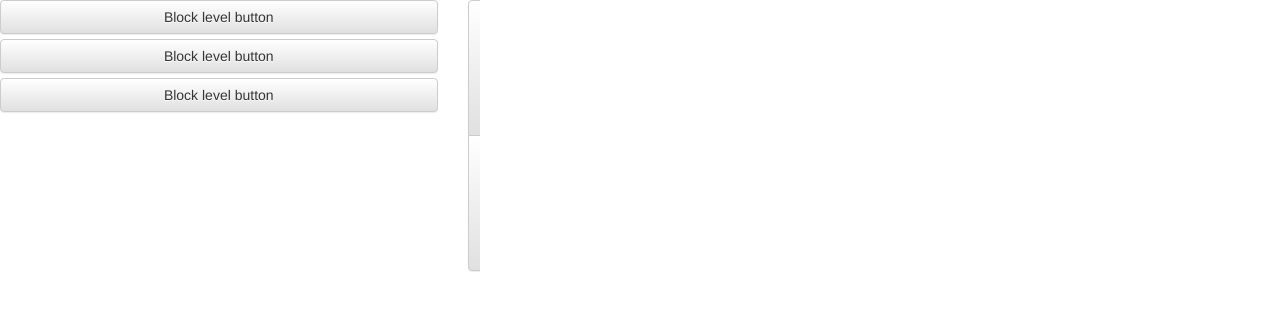
Repository: bmatusiak/bbb-usb-tool-nw
Page: index.html
The author's editor kept a record of every edit. The page is drawn from the files as they stood at one moment, then again after the next edit.
The browser window is 1280 px wide. The pictures show the whole page.

Above is the page before.
Console error: ReferenceError: global is not defined

### index.html
<!DOCTYPE html>
<html>

    <head>
        <title>USB-Tool</title>
        <meta name="viewport"
        content="width=device-width, initial-scale=1.0">

        <link rel="stylesheet" href="bootstrap/css/bootstrap.css" />
        <link rel="stylesheet" href="bootstrap/css/bootstrap-theme.css">
        <script src="js/jquery-1.8.2.min.js"></script>
        <style type="text/css">
            html,body{
                height:272px;
                width:480px;
                overflow:hidden;
            }
        </style>
    </head>

    <body>
        <div class="row">
            <div class="col-xs-11">
                <button type="button" class="btn btn-default  btn-block">Block level button</button>
                <button type="button" class="btn btn-default  btn-block">Block level button</button>
                <button type="button" class="btn btn-default  btn-block">Block level button</button>
            </div>
            <div class="col-xs-1">
                <div class="btn-group-vertical">
                  <button type="button" class="btn btn-default" style="height:136px;"><span class="glyphicon glyphicon-arrow-up"></span></button>
                  <button type="button" class="btn btn-default" style="height:136px;"><span class="glyphicon glyphicon-arrow-down"></span></button>
                </div>

            </div>
        </div>

        <script src="bootstrap/js/bootstrap.min.js"></script>

        <script src="main.js"></script>
    </body>

</html>

### main.js
var $ = global.$ = $;
var spawn = require('child_process').spawn

    function runCommand(cmd, done) {
        var c = cmd.split(" ");
        var Cmd = c.splice(0, 1);
        var runC = spawn(Cmd, c);
        var runCout = "";
        var runCerr = "";

        if (!done) done = function() {};

        runC.stdout.on('data', function(data) {
            runCout += data.toString();
        });

        runC.stderr.on('data', function(data) {
            runCerr += data.toString();
        });

        runC.on('close', function(code) {
            alert(runCerr);
            alert(runCout);
            done();
        });
    }

var gui = require('nw.gui');
var win = gui.Window.get();

$(document).ready(function() {
    win.resizeTo(window.screen.availWidth, window.screen.availHeight);
});

var fs = require('fs');

function setupFiles(fpath) {
    fs.readdir(fpath, function(err, files) {
        if (err) throw err;
        for (var i in files) {
            var theFile = $('<button type="button" class="file btn btn-default btn-block" data-fpath="' + fpath + '">' + files[i] + '</button>');
            theFile.appendTo("#files");
            theFile.click(function() {
                $(".file").removeClass("btn-warning");
                $(this).addClass("btn-warning");
            });
        }
    });
}

setupFiles("/mnt/microsd");

$("#btn-ok").click(function() {
    var file = $(".file.btn-warning").data("fpath") + "/" + $(".file.btn-warning").text();
    //alert(file);
    runCommand("rmmod g_mass_storage", function() {
        $(".btn-primary").removeClass("btn-primary");

        runCommand("modprobe g_mass_storage file=" + file + " cdrom=1", function() {
            $(".file.btn-warning").removeClass("btn-warning").addClass("btn-primary");
        });
    })

})

Loaded but not shown: bootstrap/css/bootstrap.css (library); bootstrap/css/bootstrap-theme.css (library); js/jquery-1.8.2.min.js (library); bootstrap/js/bootstrap.min.js (library)

After the next edit:
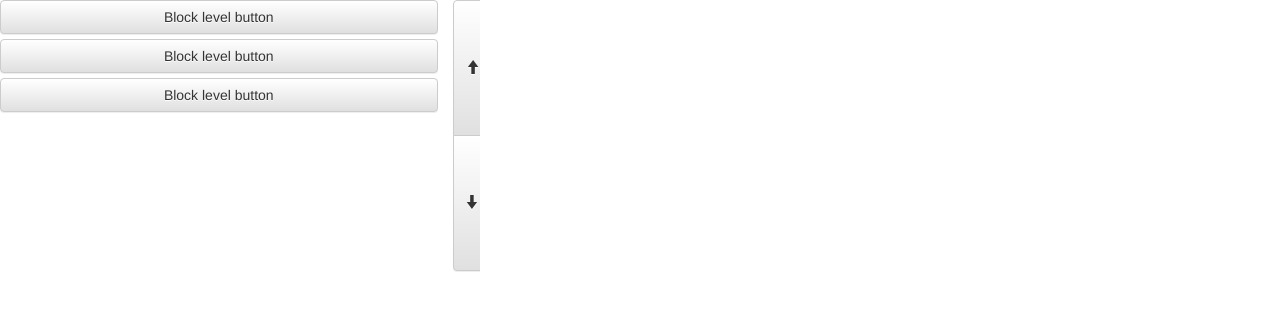
The edit:
--- a/index.html
+++ b/index.html
@@ -25,7 +25,7 @@
                 <button type="button" class="btn btn-default  btn-block">Block level button</button>
                 <button type="button" class="btn btn-default  btn-block">Block level button</button>
             </div>
-            <div class="col-xs-1">
+            <div>
                 <div class="btn-group-vertical">
                   <button type="button" class="btn btn-default" style="height:136px;"><span class="glyphicon glyphicon-arrow-up"></span></button>
                   <button type="button" class="btn btn-default" style="height:136px;"><span class="glyphicon glyphicon-arrow-down"></span></button>
